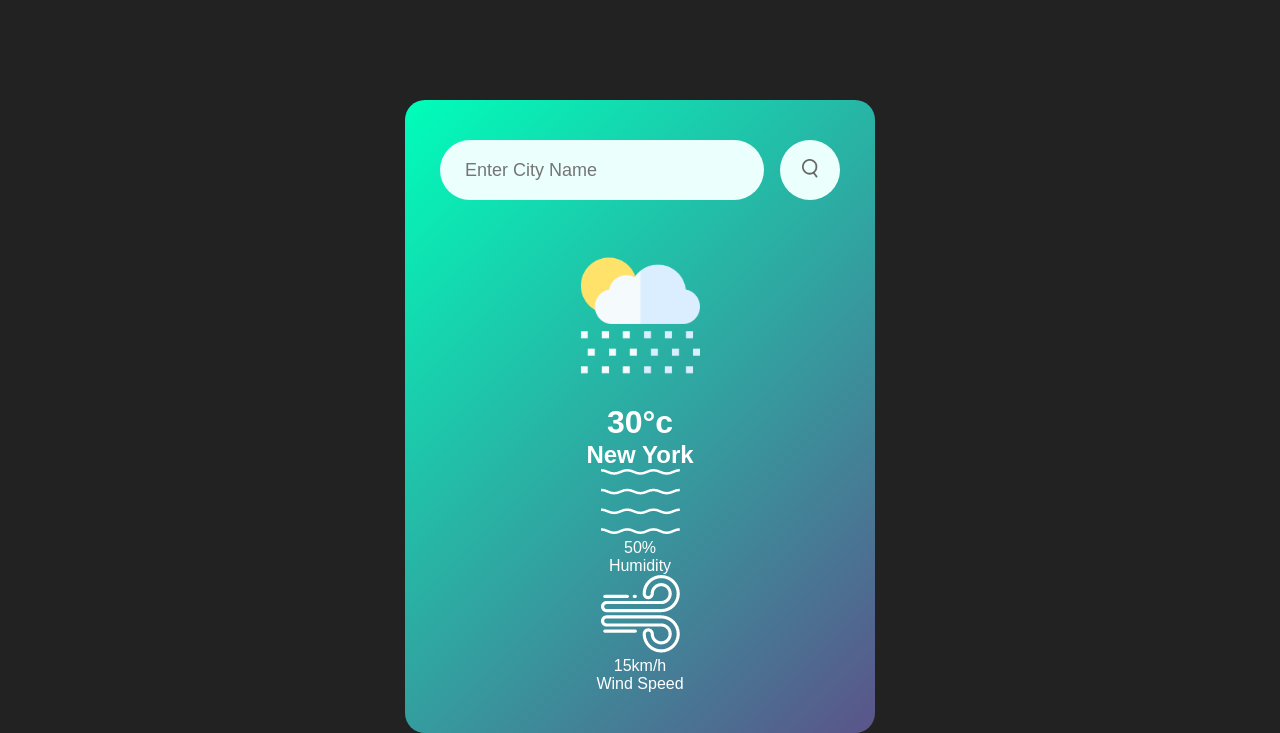
Repository: dubeprince/WeatherApp-Project
Page: WeatherApp/index.html
The author's editor kept a copy of each file at every save. The page is drawn from the files as they stood at one save, then again after the next save.
The browser window is 1280 px wide. The pictures show the whole page.

Above is the page before, as saved 2023-05-26 11:12:58.

### WeatherApp/index.html
<!DOCTYPE html>
<html lang="en">
<head>
    <meta charset="UTF-8">
    <meta http-equiv="X-UA-Compatible" content="IE=edge">
    <meta name="viewport" content="width=device-width, initial-scale=1.0">
    <title>Weather App</title>
    <link rel = "stylesheet" href = "style.css">
</head>
<body>

    <div class="card">
        <div class="search">
            <input type="text" placeholder="Enter City Name" spellcheck="false">
            <button><img src="images/search.png" alt=""></button>
        </div>
        <div class="weather">
            <img src="images/rain.png" class="weather-icon">
            <h1 class="temp">30°c</h1>
            <h2 class="city">New York</h2>
            <div class="details">
                <div class="col">
                    <img src="images/humidity.png" >
                    <div>
                        <p class="humidity">50%</p>
                        <p>Humidity</p>
                    </div>
                </div>
                <div class="col">
                    <img src="images/wind.png" >
                    <div>
                        <p class="wind">15km/h</p>
                        <p>Wind Speed</p>
                    </div>
                </div>
            </div>
        </div>
    </div>

</body>
</html>

### WeatherApp/style.css
*{
    margin : 0;
    padding: 0;
    font-family: 'Poppins', sans-serif;
    box-sizing: border-box;

}
body{
    background: #222;
}
.card{
    width: 90%;
    max-width: 470px;
    background: linear-gradient(135deg, #00feba, #5b548a);
    color: #fff; /* white */
    margin: 100px auto 0;
    border-radius: 20px;
    padding: 40px 35px;
    text-align: center;

}
.search{
    width: 100%;
    display: flex;
    align-items: center;
    justify-content: space-between;
}
.search input{
    border: 0;
    outline: 0;
    background: #ebfffc;
    color: #555;
    padding: 10px 25px;
    height: 60px;
    border-radius: 30px;
    flex: 1;
    margin-right: 16px;
    font-size: 18px;
}
.search button{
    border: 0;
    outline: 0;
    border-radius: 50%;
    background: #ebfffc;
    width: 60px;
    height: 60px;
    cursor: pointer;

}
.search button img{
    width: 16px;

}
.weather-icon{
    width: 170px;
    margin-top: 30px;
}
.weather{

}

After the next save:
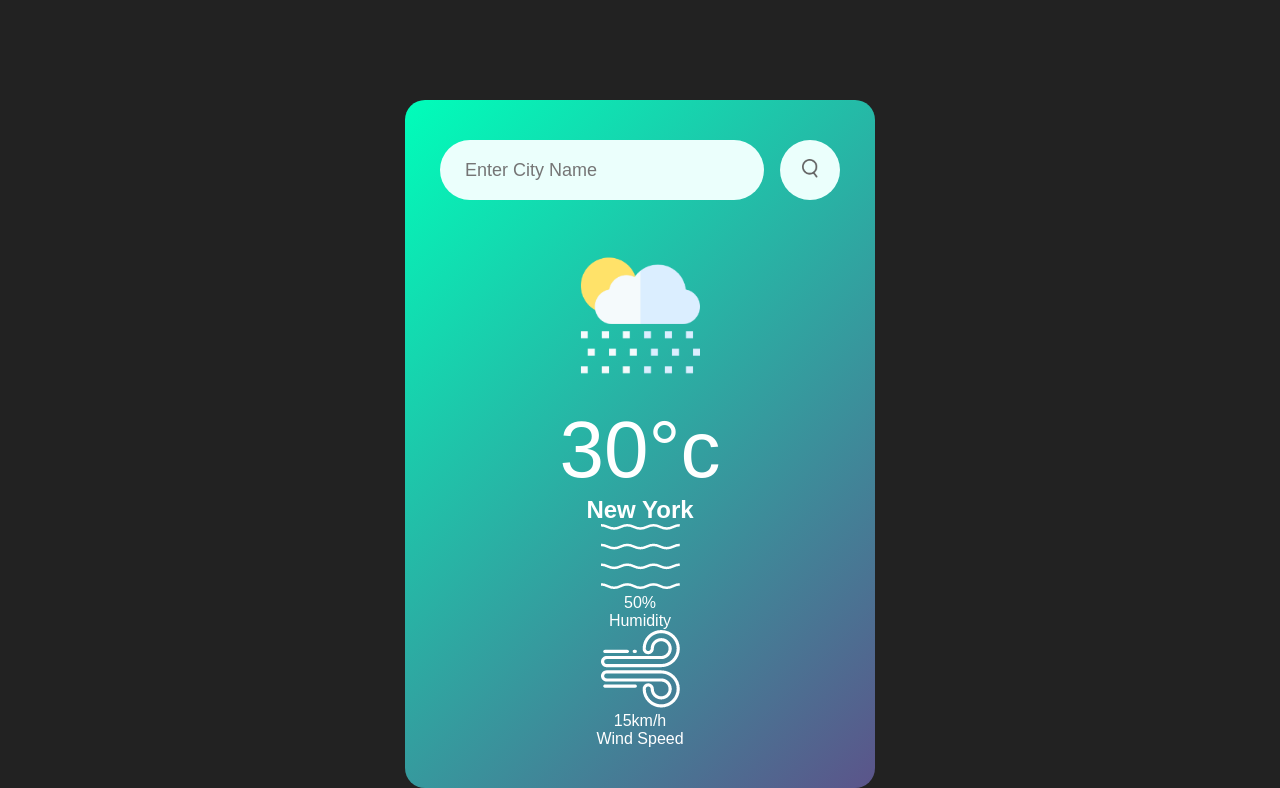
Saved 45 s later.
--- a/WeatherApp/style.css
+++ b/WeatherApp/style.css
@@ -55,6 +55,9 @@ body{
     width: 170px;
     margin-top: 30px;
 }
-.weather{
+.weather h1{
+    font-size: 80px;
+    font-weight: 500;
+
 
 }
